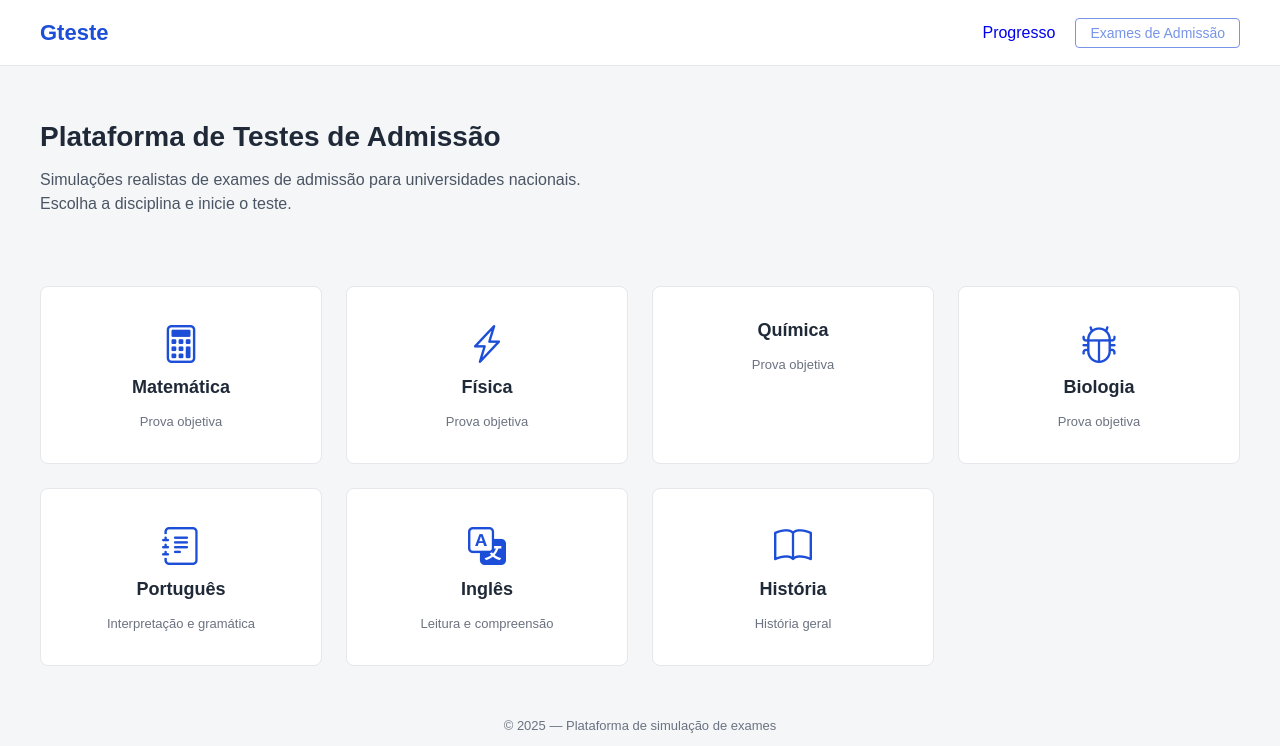
Repository: juvencio009/infratech-web
Page: index.html
The author's editor kept a copy of each file at every save. The page is drawn from the files as they stood at one save, then again after a run of saves.
The browser window is 1280 px wide. The pictures show the whole page.

Above is the page before, as saved 2025-12-18 00:28:45.

After the next 2 saves:
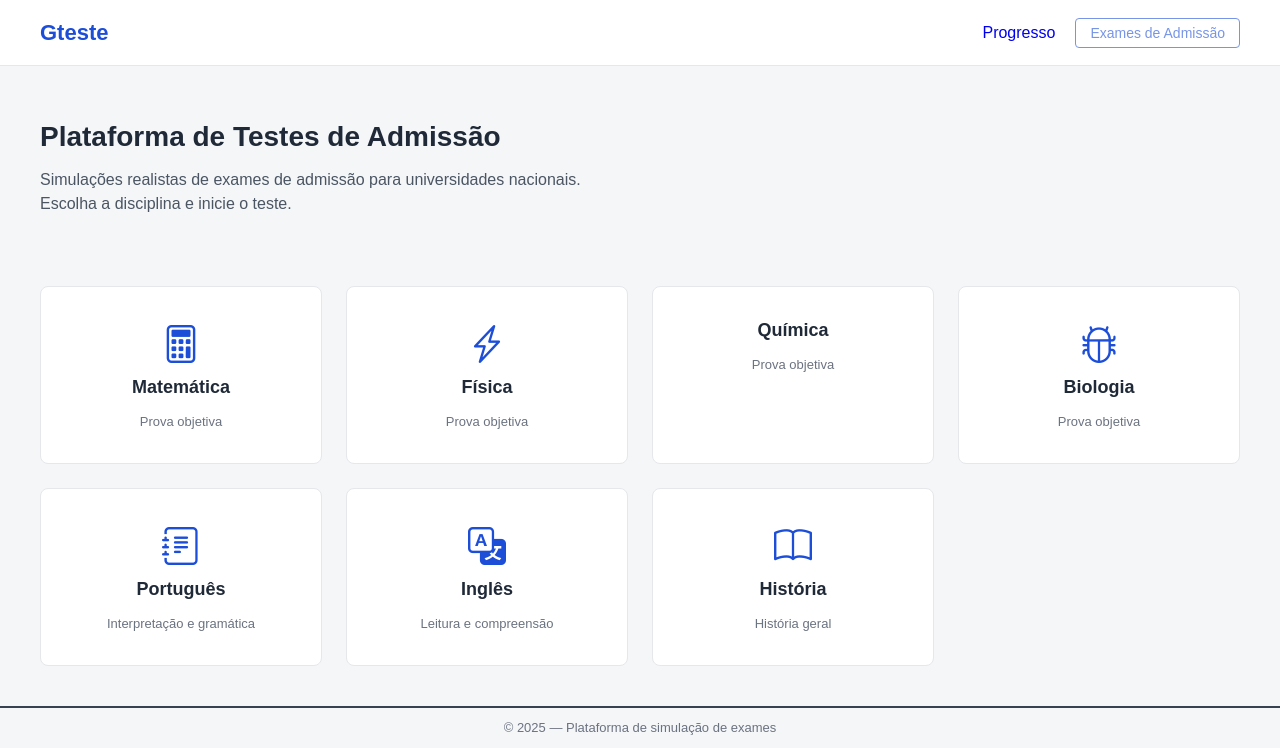
The 2 saves are shown as one change because they came seconds apart.
The last was saved 11 s later.
--- a/css/style.css
+++ b/css/style.css
@@ -246,7 +246,7 @@ footer {
   color: #6b7280;
   padding: 10px 12px;
   width: 100%;
-  border-top: 2px solid var(#f9fafb);
+  border-top: 2px solid #374151
 }
 
 /* ===============================
